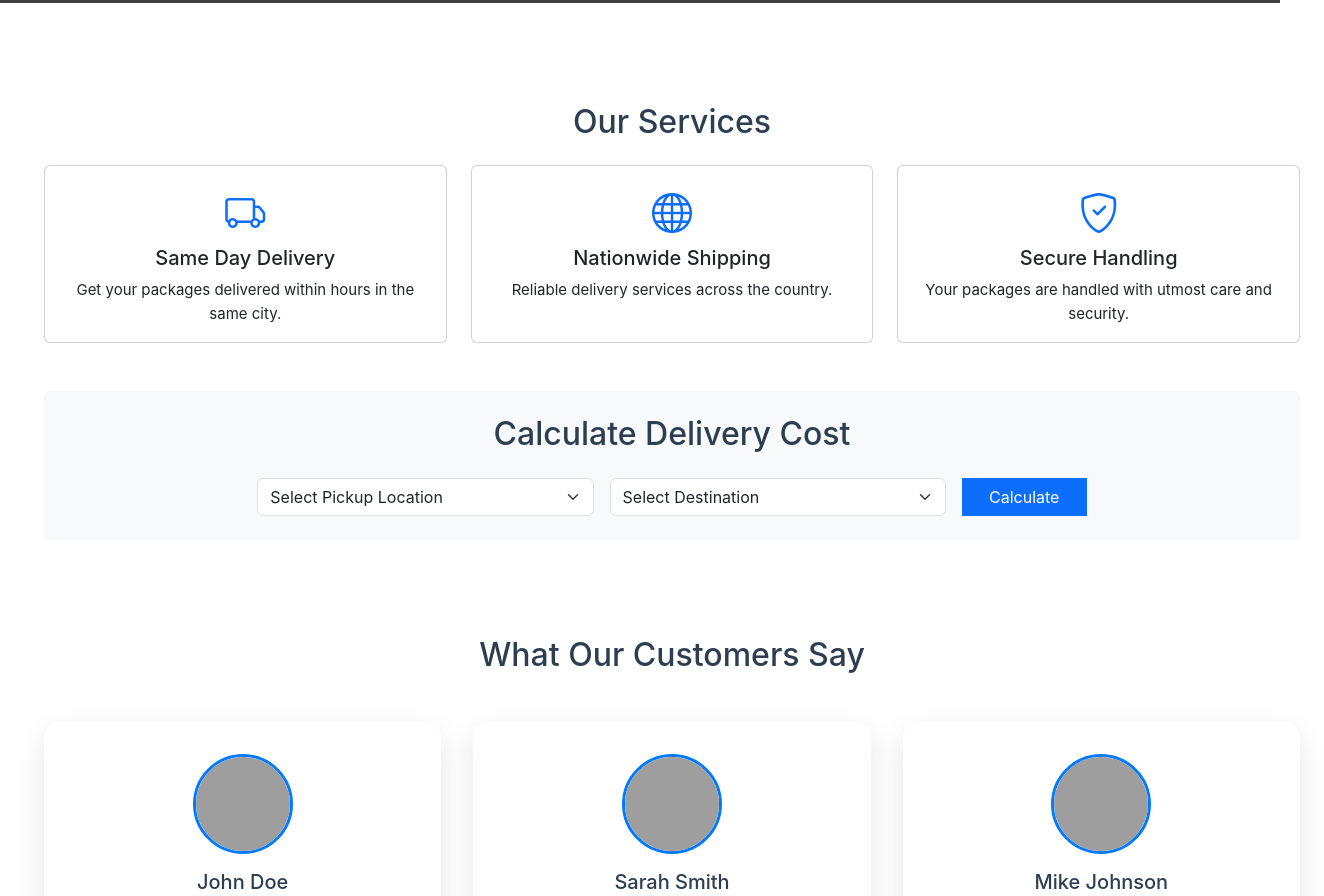
Repository: stancillous/package-yangu-logistics
Page: /
An editor plug-in stored every save of this project. The page is shown before and after a run of saves, followed by the edit.
The browser window is 1280 px wide. The page is 1324 px wide, so the pictures cover 1324 px, including what lies to the right of the window. The pictures show the part of the page from y = 673 to 1569 px (the page is 2046 px tall before and 2094 px after).
Pictures or frames that could not be fetched are drawn as grey boxes. The project was rebuilt for these pictures with package versions that can differ from the ones it lists, and the page was loaded fresh each time. Also part of the build but not shown: vite.config.ts.

Above is the page before, as saved 2025-01-31 14:08:31.

After the next 15 saves:
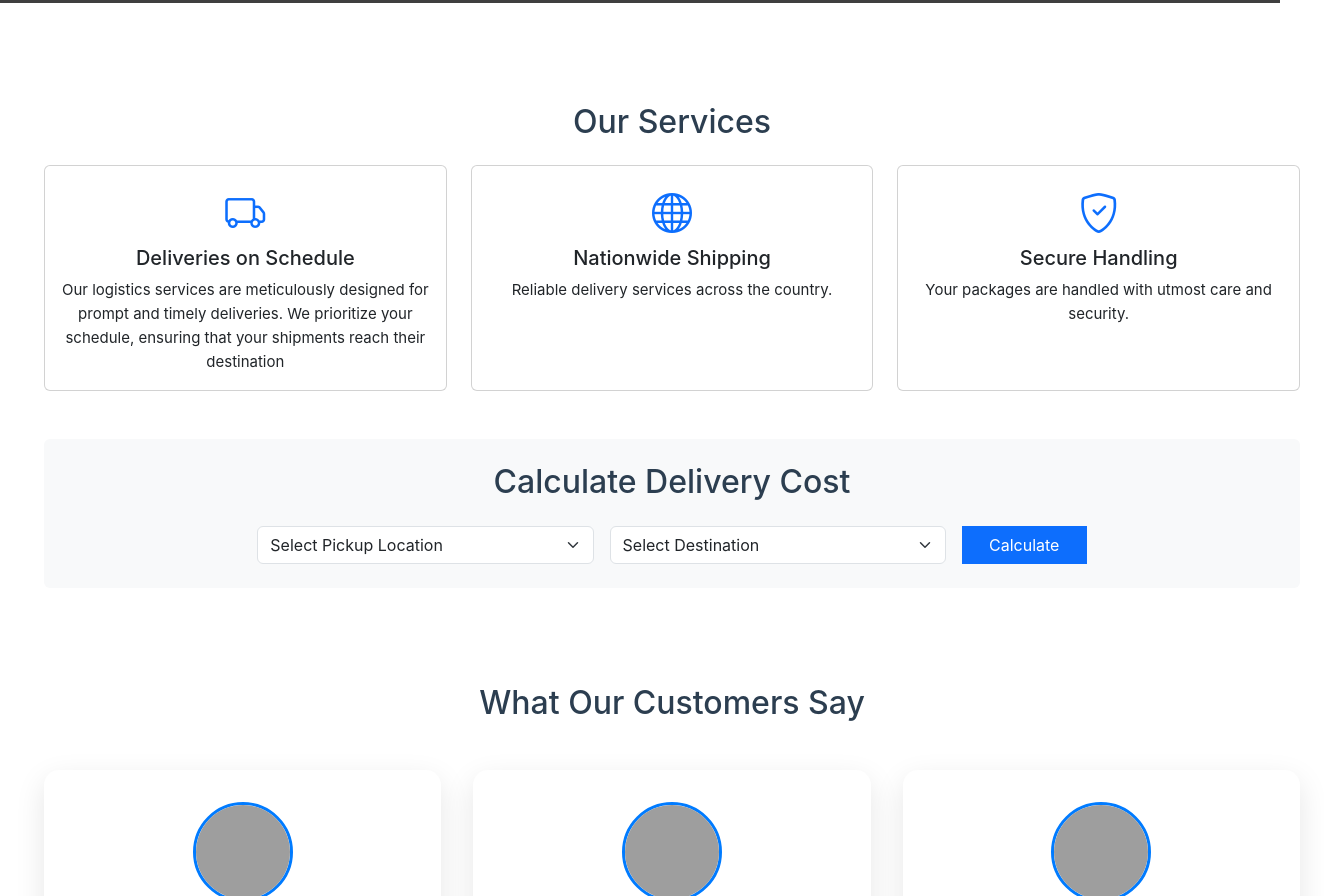
The 15 saves are shown as one change because they came seconds apart.
The last was saved 37 s later.
--- a/src/views/Index.vue
+++ b/src/views/Index.vue
@@ -41,8 +41,8 @@
               <div class="card h-100">
                 <div class="card-body text-center">
                   <i class="bi bi-truck fs-1 text-primary mb-3"></i>
-                  <h5 class="card-title">Same Day Delivery</h5>
-                  <p class="card-text">Get your packages delivered within hours in the same city.</p>
+                  <h5 class="card-title">Deliveries on Schedule</h5>
+                  <p class="card-text">Our logistics services are meticulously designed for prompt and timely deliveries. We prioritize your schedule, ensuring that your shipments reach their destination</p>
                 </div>
               </div>
             </div>
